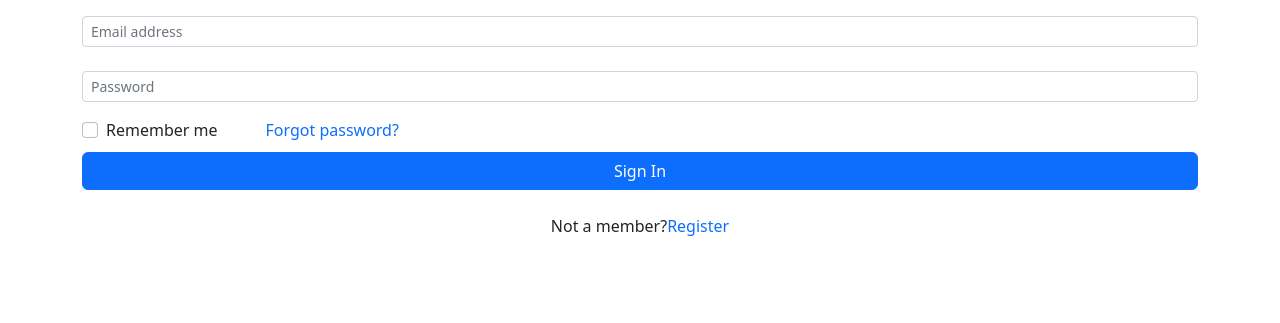
Repository: NPhanA/React2022
Page: / (app in Day 03-React/exercise/)
The author's editor kept a copy of each file at every save. The page is drawn from the files as they stood at one save, then again after the next save.
The browser window is 1280 px wide. The pictures show the whole page.
The project was rebuilt for these pictures with package versions that can differ from the ones it lists, and the page was loaded fresh each time. Also part of the build but not shown: Day 03-React/exercise/src/App.css, Day 03-React/exercise/src/App.js, Day 03-React/exercise/src/Components/UserAgent.js, Day 03-React/exercise/src/Components/ProfileCard.js.

Above is the page before, as saved 2022-07-26 22:30:47.

After the next save:
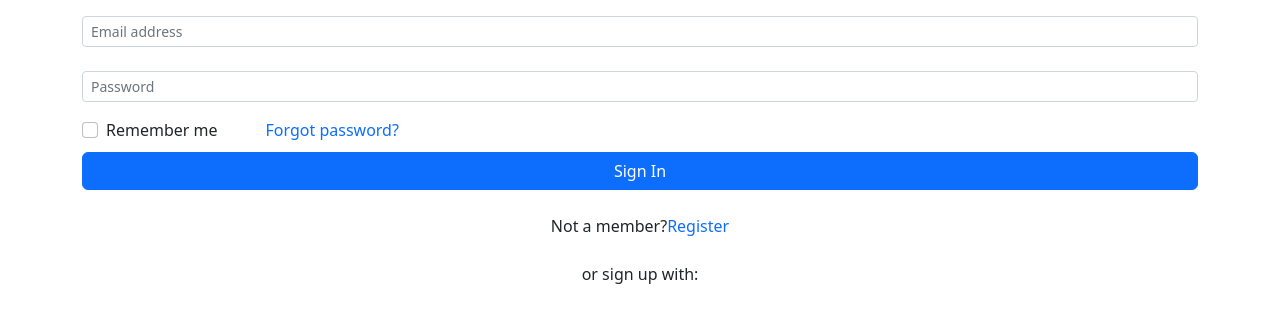
Saved 32 s later.
--- a/Day 03-React/exercise/src/Components/SignInForm.js
+++ b/Day 03-React/exercise/src/Components/SignInForm.js
@@ -19,7 +19,7 @@ function SignInForm() {
                         <button class="btn btn-primary mt-2" type="button">Sign In</button>
                     </div>
                     <p className="text-center mt-4">Not a member?<a href="#" className="text-decoration-none">Register</a></p>
-
+                    <p className="text-center mt-4">or sign up with:</p>
                 </form>
                 </div>
             </div>
